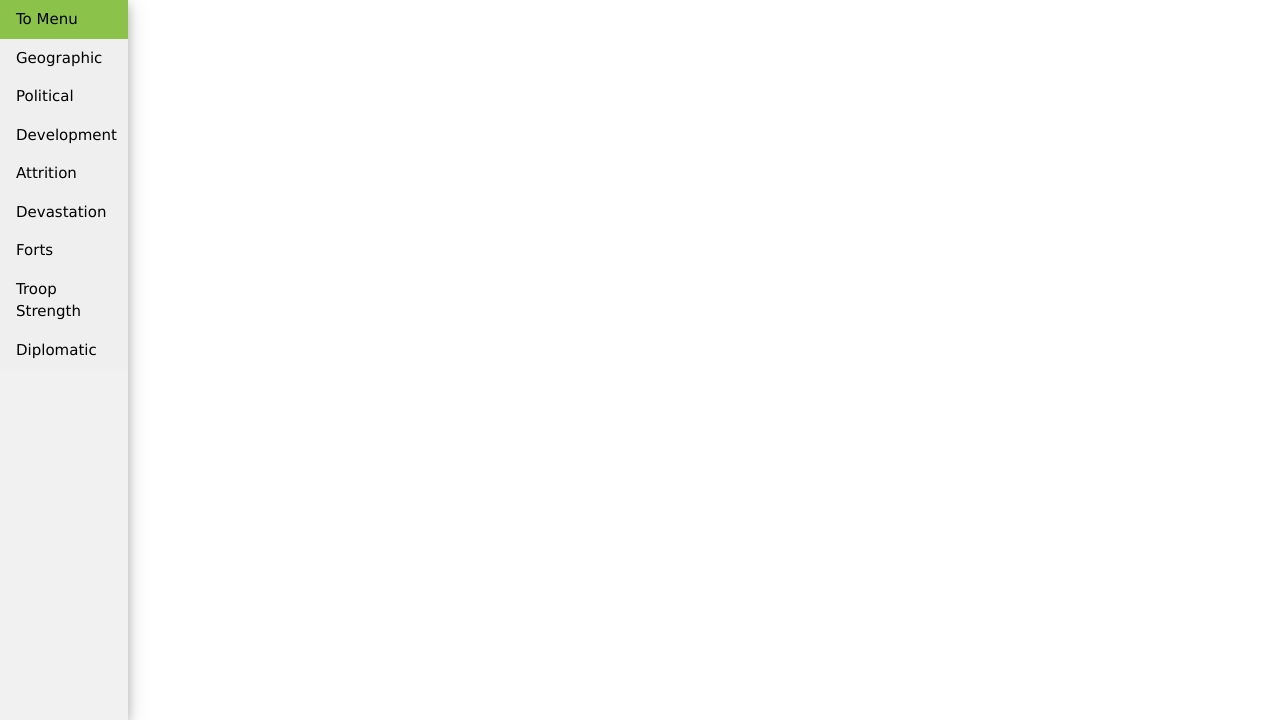
Repository: ReactorDevelopment/environment
Page: public/map.html
The author's editor kept a record of every edit. The page is drawn from the files as they stood at one moment, then again after the next edit.
The browser window is 1280 px wide. The pictures show the whole page.

Above is the page before.
Console error: SyntaxError: Identifier 'ALPHA' has already been declared

After the next edit:
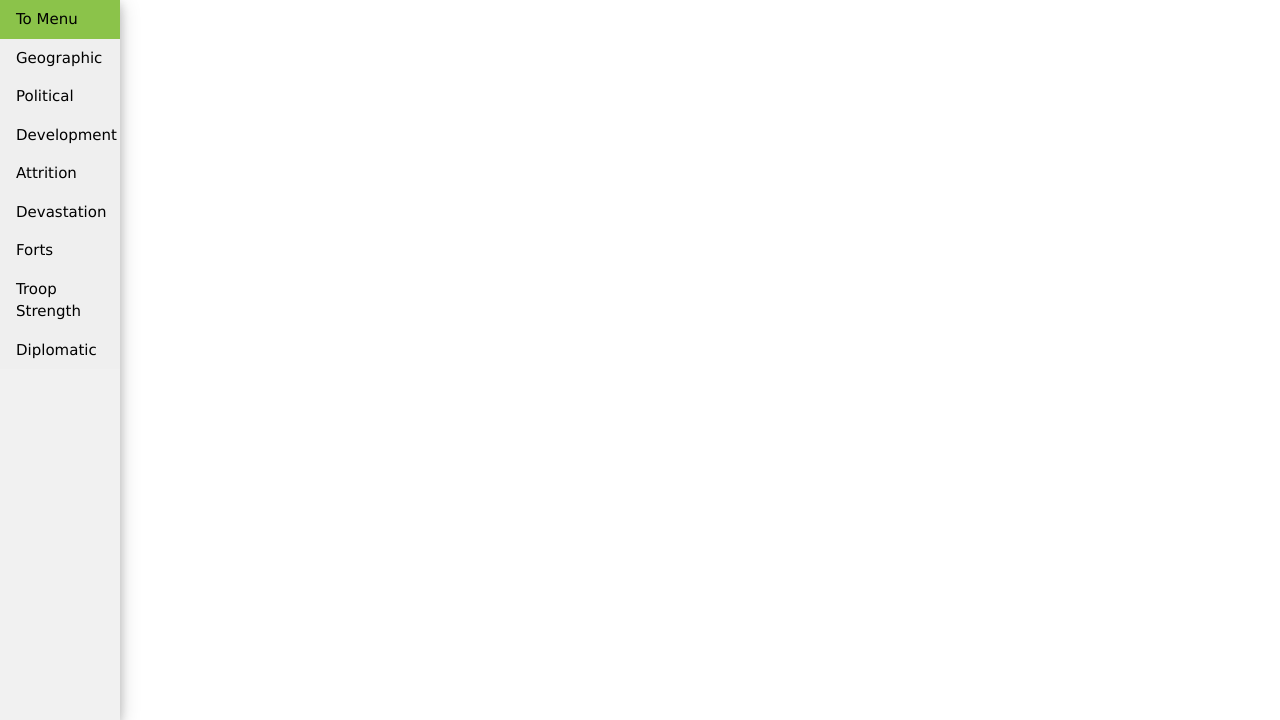
The edit:
--- a/public/map.html
+++ b/public/map.html
@@ -15,7 +15,7 @@
       <script src="Province.js"></script>
     </head>
     <body>
-      <div class="w3-sidebar w3-light-grey w3-bar-block w3-card-4" style="width:10%; top:0">
+      <div class="w3-sidebar w3-light-grey w3-bar-block w3-card-4" style="width:120px; top:0">
         <button onclick="toMenu()" class=" w3-bar-item w3-button w3-green w3-hover-light-green">To Menu</button>
         <input type="button" id="geoMode" class="w3-bar-item w3-hover-green" value="Geographic" onclick="map.updateAllOverlays(0)">
         <input type="button" id="polMode" class="w3-bar-item w3-hover-green" value="Political" onclick="map.updateAllOverlays(1)">
